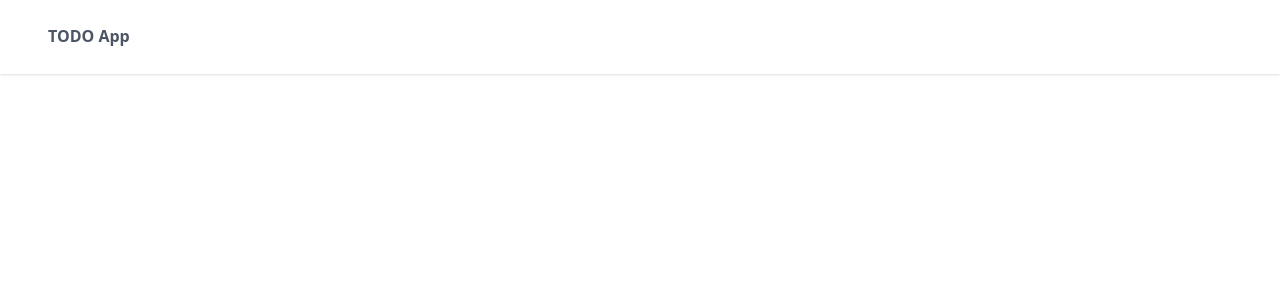
Repository: mikelCabezas/angular-exercices
Page: / (app in converter/)
The author's editor kept a copy of each file at every save. The page is drawn from the files as they stood at one save, then again after the next save.
The browser window is 1280 px wide. The pictures show the whole page.
The project was rebuilt for these pictures with package versions that can differ from the ones it lists, and the page was loaded fresh each time. Also part of the build but not shown: converter/angular.json.

Above is the page before, as saved 2023-09-15 17:28:37.

After the next save:
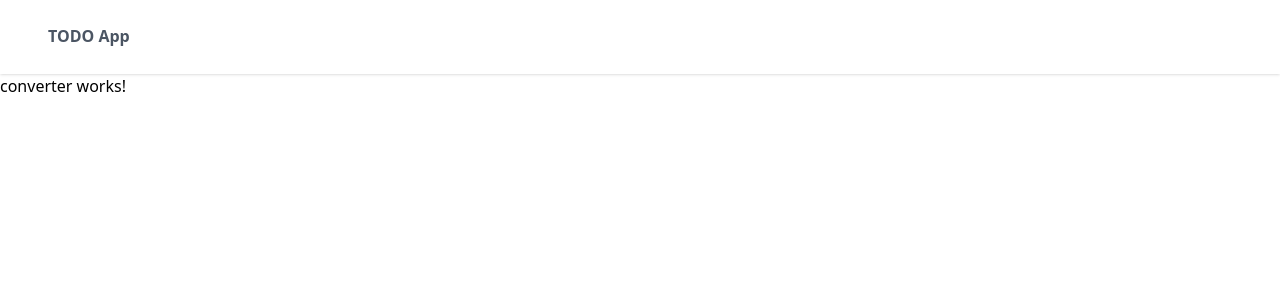
Saved 8 s later.
--- a/converter/src/app/app.component.html
+++ b/converter/src/app/app.component.html
@@ -1 +1,2 @@
 <app-navbar/>
+<app-converter/>
